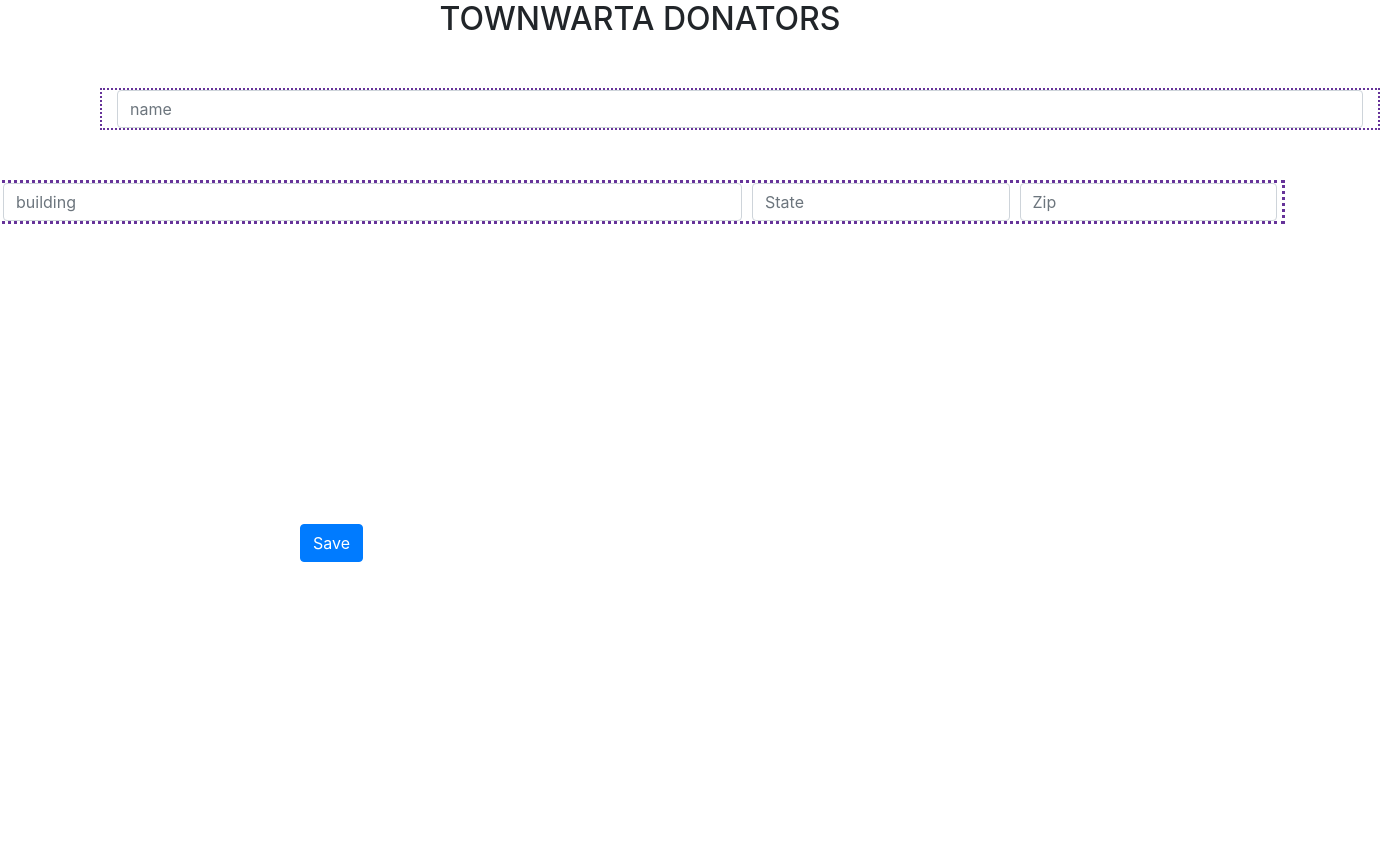
Repository: shivanand1988-28-06/townwarta
Page: http://localhost/donator/donator
The author's editor kept a copy of each file at every save. The page is drawn from the files as they stood at one save, then again after the next save.
The browser window is 1280 px wide. The page is 1380 px wide, so the pictures cover 1380 px, including what lies to the right of the window. The pictures show the whole page.
The page is served by the project's Node server (Townwarta.js). Other server files are loaded and not shown.

Above is the page before, as saved 2022-08-30 22:15:34.

### views/articles/donator.ejs

<!DOCTYPE html>
<html lang="en">
<head>
  <meta charset="UTF-8">
  <meta name="viewport" content="width=device-width, initial-scale=1.0">
  <link rel="stylesheet" href="https://maxcdn.bootstrapcdn.com/bootstrap/4.0.0/css/bootstrap.min.css" integrity="sha384-Gn5384xqQ1aoWXA+058RXPxPg6fy4IWvTNh0E263XmFcJlSAwiGgFAW/dAiS6JXm" crossorigin="anonymous">
  <meta http-equiv="X-UA-Compatible" content="ie=edge">
  <title>TOWNWARTA</title>
</head>
<body>
    <h2 style = "text-align : center ">TOWNWARTA DONATORS</h2>
    <form >
        <div class="col" style = "margin : 50px 100px 50px 100px; border: 2px rebeccapurple dotted">
            <input type="text" class="form-control" placeholder="name">
          </div>
        <div class="form-row" style = "border: 3px rebeccapurple dotted;">

          <div class="col-7">
            <input type="text" class="form-control" placeholder="building">
          </div>
          <div class="col">
            <input type="text" class="form-control" placeholder="State">
          </div>
          <div class="col">
            <input type="text" class="form-control" placeholder="Zip">
          </div>

        </div>
        <div style = "padding:300px;">
            <button type="submit" class="btn btn-primary">Save</button>
        </div>
      </form>
</body>

### Townwarta.js

require("dotenv").config();
const express = require("express");
const mongoose = require("mongoose");
const articleRouter = require("./routes/articles");
const userRouter = require("./routes/user");
const connectDB = require("./db/connect");
const app = express();
const Article= require("./models/article");
const methodOverride = require("method-override")
const port = process.env.PORT || 3000
const path = require("path");
const donatorRouter = require("./routes/donator")

app.set("views" , path.join(__dirname , "views"))
app.set("view engine", "ejs");
// app.use(express.json());
 app.use(express.urlencoded({extended:false}));
app.use(express.static(path.join(__dirname, "public")));
app.use(methodOverride("_method"));

  app.get("/", async (req,res)=>{
    const articles = await Article.find();
    res.render("articles/index" , {articles:articles});
  });

  app.use("/" , userRouter);

app.use("/articles" , articleRouter );

app.use("/donator" , donatorRouter)
console.log(Article)


const start = async () =>{

try{

    await connectDB( process.env.MONGO_URI );
    app.listen(port,()=>{ console.log(`app is running over port ${port}`)});

}catch(error) {

    console.log(error);

}

}

start();

### routes/donator.js
const express = require("express");
const donatorRouter = express.Router();
const Donator = require("../models/donator");



donatorRouter.post("/donator", async(req,res) => {
    let {name , createdAt , address} = req.body ;
    let donator = await Donator.create({name : name , createdAt : createdAt , address : address});

} );

donatorRouter.get("/donator" , (req,res)=>{
    res.render("articles/donator");
})

module.exports = donatorRouter

After the next save:
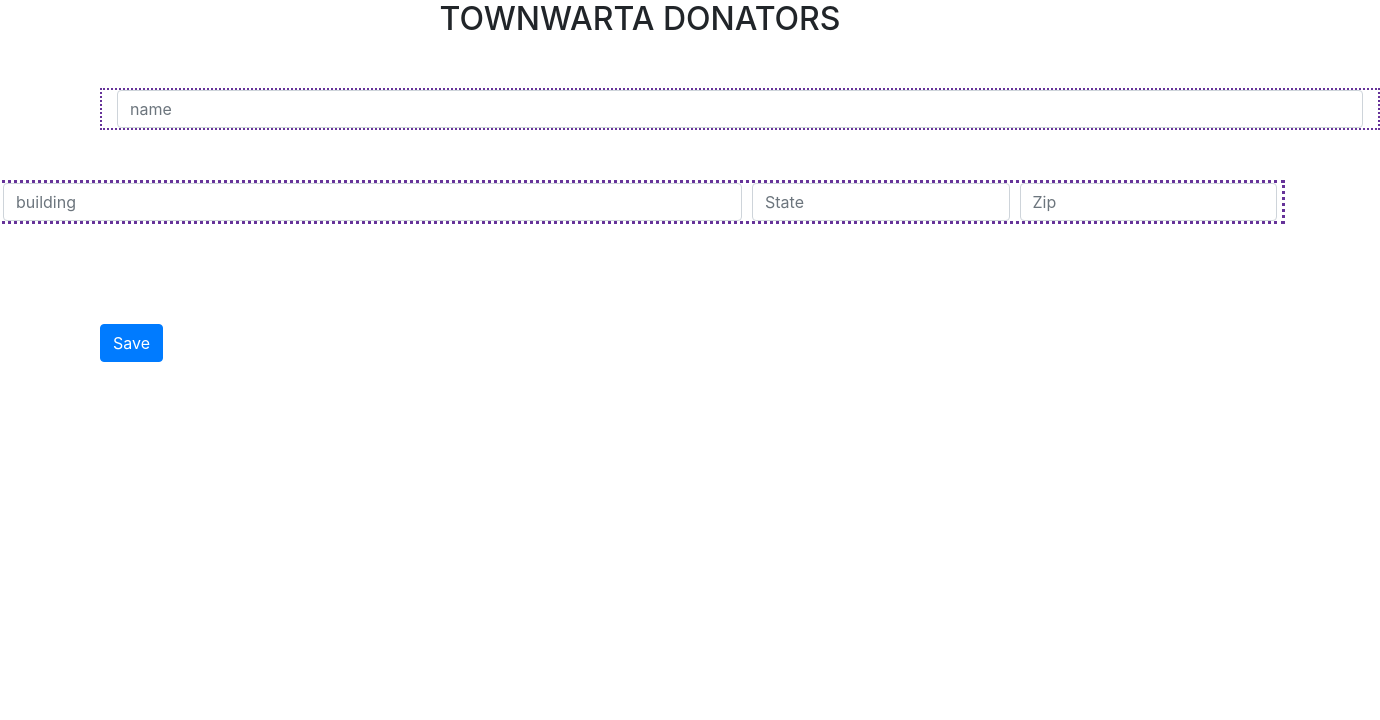
Saved 15 s later.
--- a/views/articles/donator.ejs
+++ b/views/articles/donator.ejs
@@ -27,7 +27,7 @@
           </div>
 
         </div>
-        <div style = "padding:300px;">
+        <div style = "padding:100px;">
             <button type="submit" class="btn btn-primary">Save</button>
         </div>
       </form>
